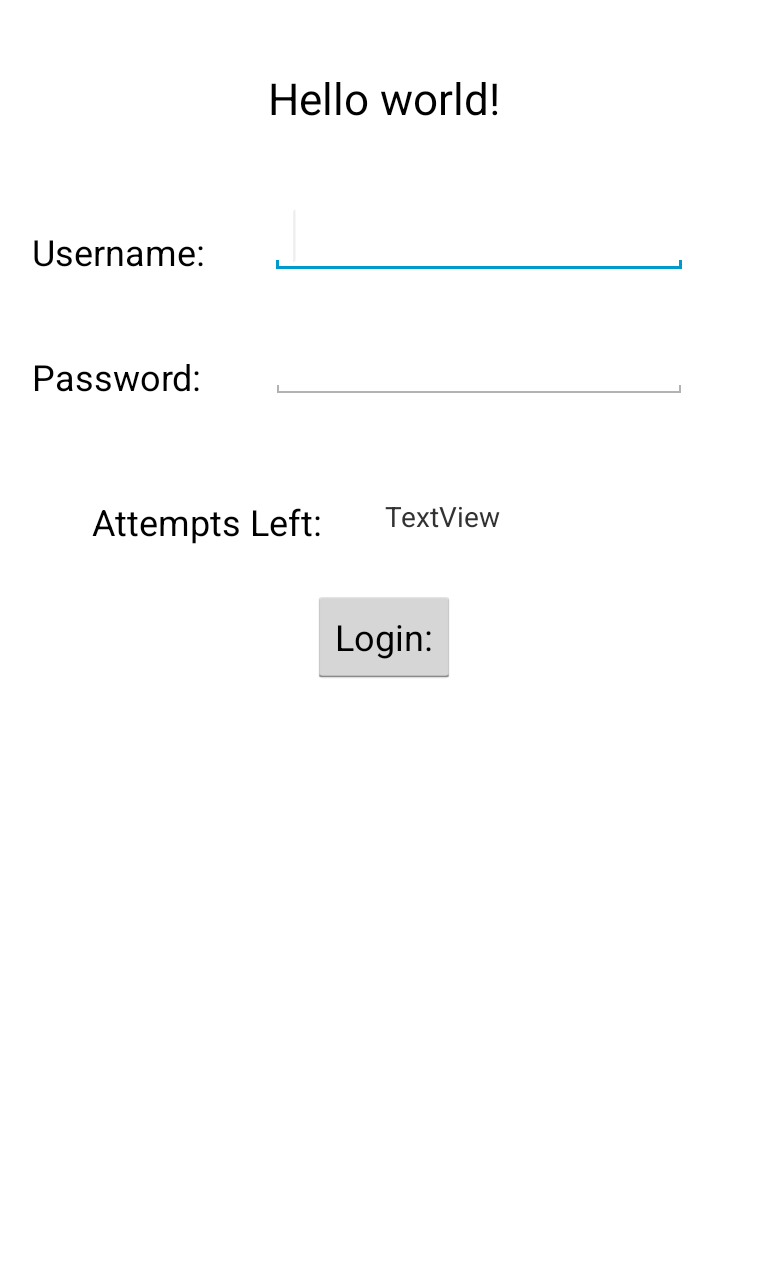
Repository: ktarrant/medixpress
Layout: medixpress_commercial/res/layout/activity_login.xml
The author's editor kept a copy of each file at every save. The layout is drawn from the files as they stood at one save, then again after the next save.
It is drawn on a 768 x 1280 px phone screen (xhdpi) without system bars, with theme AppTheme; the app's code is not run.

Above is the layout before, as saved 2014-04-08 16:11:14.

After the next save:
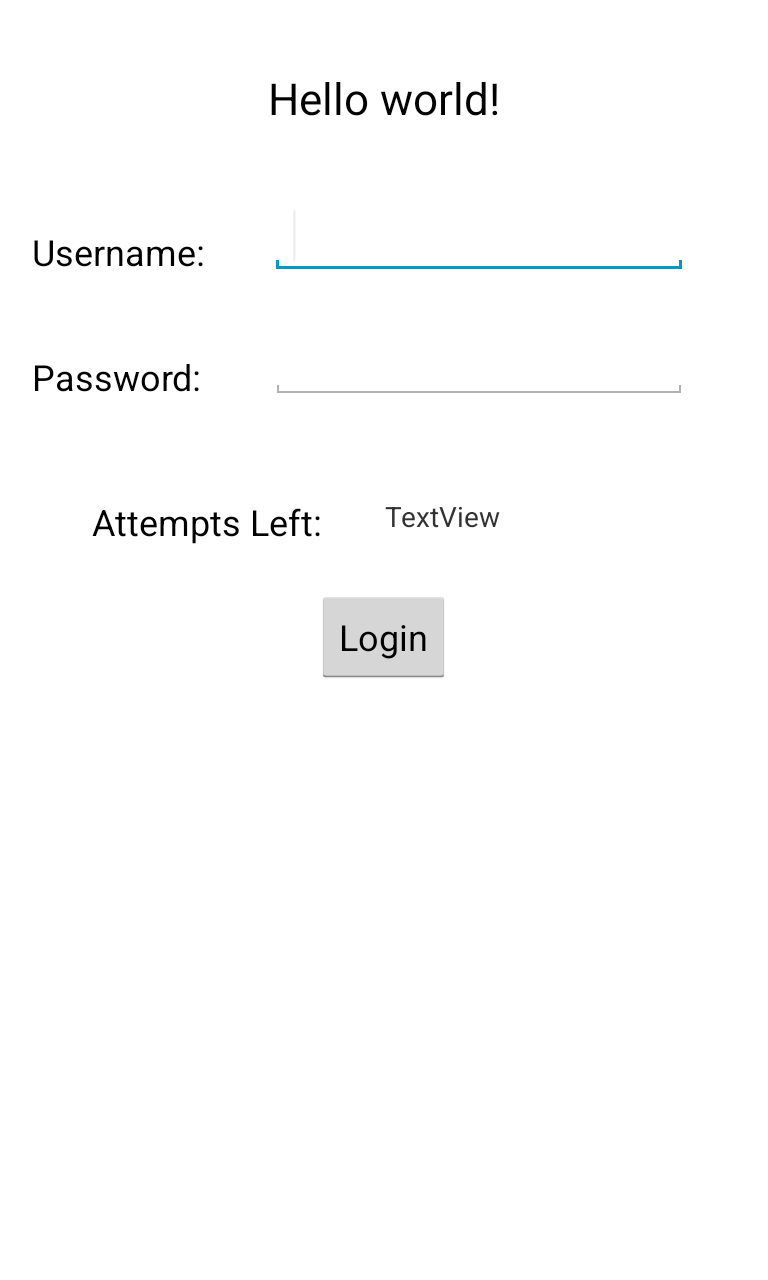
Saved 10 h 55 min later.
--- a/medixpress_commercial/res/values/strings.xml
+++ b/medixpress_commercial/res/values/strings.xml
@@ -11,6 +11,6 @@
 
     <string name="username">Username:</string>
 	<string name="password">Password:</string>
-	<string name="Login">Login:</string>
+	<string name="Login">Login</string>
 	<string name="attempts">Attempts Left:</string>
 </resources>
